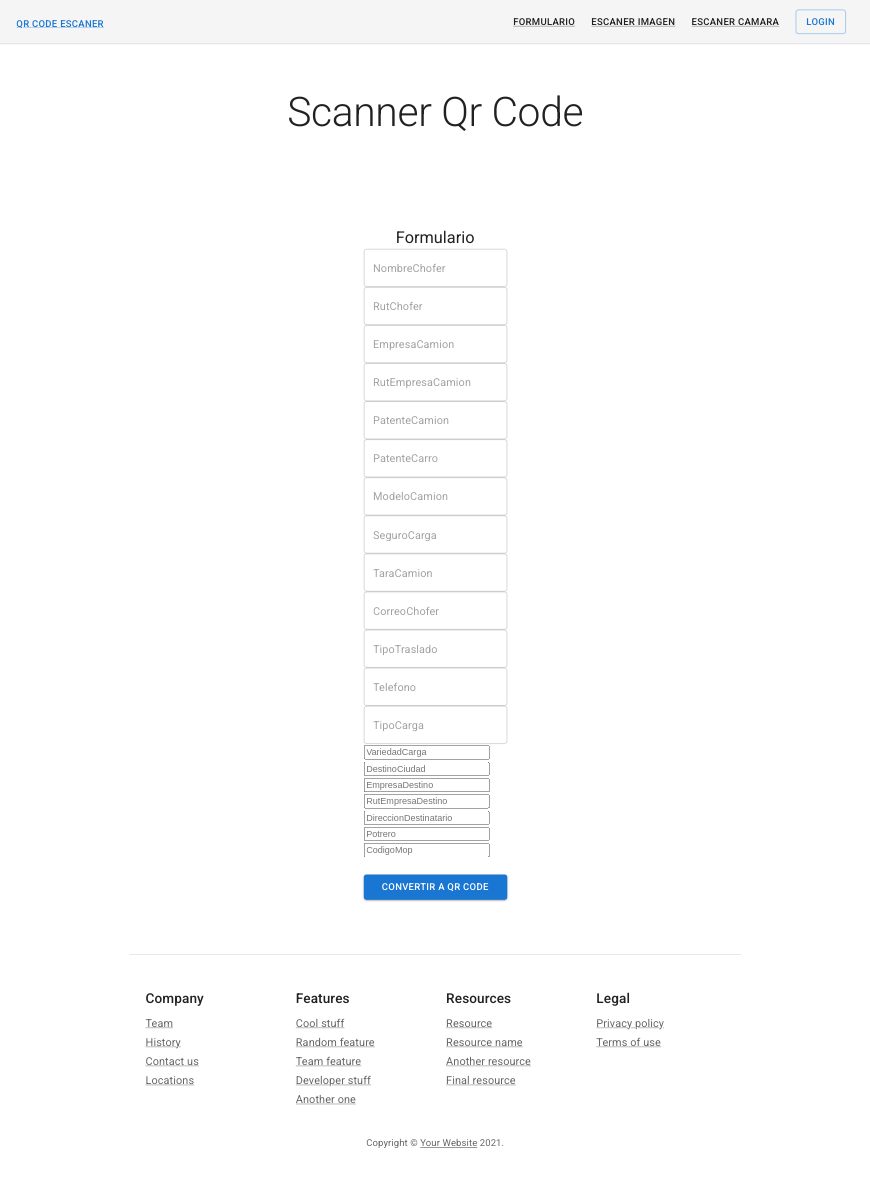
Repository: FlamesAlejandro/QrCodeForm
Page: /form
These files come from the project's save history. The page is drawn as it stood at one moment and after the next save; the edit follows.
The browser window is 1280 px wide. The pictures show the whole page, at 68% of full size.
The project was rebuilt for these pictures with package versions that can differ from the ones it lists, and the page was loaded fresh each time. Also part of the build but not shown: src/App.css, src/components/pages/ImagenEscaner.js, src/components/pages/CamaraEscaner.js, src/components/pages/Home.js.

Above is the page before, as saved 2021-10-24 08:01:30.

### src/App.js
import './App.css';
import { AppRouter } from './routers/AppRouter';

function App() {
  return (
    <>
      <AppRouter />
    </>
  );
}

export default App;

### src/routers/AppRouter.js
import React from 'react'
import { Switch, Route, Redirect, BrowserRouter as Router } from 'react-router-dom'
import CssBaseline from '@mui/material/CssBaseline';
import Typography from '@mui/material/Typography';
import GlobalStyles from '@mui/material/GlobalStyles';
import Container from '@mui/material/Container';
import { MainNavbar } from '../components/ui/MainNavbar';
import { MainFooter } from '../components/ui/MainFooter';
import { Form } from '../components/pages/Form';
import { ImagenEscaner } from '../components/pages/ImagenEscaner';
import { CamaraEscaner } from '../components/pages/CamaraEscaner';
import { Home } from '../components/pages/Home';

export const AppRouter = () => {
    return (
        <>
        <Router>
            <GlobalStyles styles={{ ul: { margin: 0, padding: 0, listStyle: 'none' } }} />
                <CssBaseline />

                <MainNavbar />

                {/* Hero unit */}
                <Container disableGutters maxWidth="sm" component="main" sx={{ pt: 8, pb: 6 }}>
                    <Typography
                    component="h1"
                    variant="h2"
                    align="center"
                    color="text.primary"
                    gutterBottom
                    >
                    Scanner Qr Code
                    </Typography>

                </Container>

                {/* Contenido */}
                <Container maxWidth="md" component="main">

                    <Switch>
                        <Route exact path="/form" component={ Form } />
                        <Route exact path="/imagen" component={ ImagenEscaner } />
                        <Route exact path="/camara" component={ CamaraEscaner } />
                        <Route exact path="/home" component={ Home } />
                        <Redirect to="/home" />
                    </Switch>

                </Container>

                {/* Footer */}
                <Container
                    maxWidth="md"
                    component="footer"
                    sx={{
                    borderTop: (theme) => `1px solid ${theme.palette.divider}`,
                    mt: 8,
                    py: [3, 6],
                    }}
                >
                    <MainFooter />

                </Container>
                {/* End footer */}
            </Router>
        </>
    )
}

### src/components/ui/MainNavbar.js
import React from 'react'
import AppBar from '@mui/material/AppBar';
import Button from '@mui/material/Button';
import Toolbar from '@mui/material/Toolbar';
import Typography from '@mui/material/Typography';
import Link from '@mui/material/Link';

export const MainNavbar = () => {
    return (
        <>
            <AppBar
                position="static"
                color="default"
                elevation={0}
                sx={{ borderBottom: (theme) => `1px solid ${theme.palette.divider}` }}
            >
                <Toolbar sx={{ flexWrap: 'wrap' }}>
                <Typography variant="h6" color="inherit" noWrap sx={{ flexGrow: 1 }}>
                    <Link
                            variant="button"
                            href="/home"
                        >QR CODE Escaner
                    </Link>
                </Typography>
                <nav>
                    <Link
                        variant="button"
                        color="text.primary"
                        href="/form"
                        sx={{ my: 1, mx: 1.5 }}
                    >
                    Formulario
                    </Link>
                    <Link
                        variant="button"
                        color="text.primary"
                        href="/imagen"
                        sx={{ my: 1, mx: 1.5 }}
                    >
                    Escaner Imagen
                    </Link>
                    <Link
                        variant="button"
                        color="text.primary"
                        href="/camara"
                        sx={{ my: 1, mx: 1.5 }}
                    >
                    Escaner Camara
                    </Link>
                </nav>
                <Button href="/home" variant="outlined" sx={{ my: 1, mx: 1.5 }}>
                    Login
                </Button>
                </Toolbar>
            </AppBar>
        </>
    )
}

### src/components/ui/MainFooter.js
import React from 'react'
import Grid from '@mui/material/Grid';
import Typography from '@mui/material/Typography';
import Link from '@mui/material/Link';

function Copyright(props) {
    return (
      <Typography variant="body2" color="text.secondary" align="center" {...props}>
        {'Copyright © '}
        <Link color="inherit" href="https://mui.com/">
          Your Website
        </Link>{' '}
        {new Date().getFullYear()}
        {'.'}
      </Typography>
    );
  }

  const footers = [
    {
      title: 'Company',
      description: ['Team', 'History', 'Contact us', 'Locations'],
    },
    {
      title: 'Features',
      description: [
        'Cool stuff',
        'Random feature',
        'Team feature',
        'Developer stuff',
        'Another one',
      ],
    },
    {
      title: 'Resources',
      description: ['Resource', 'Resource name', 'Another resource', 'Final resource'],
    },
    {
      title: 'Legal',
      description: ['Privacy policy', 'Terms of use'],
    },
  ];

export const MainFooter = () => {

    return (
        <>
            <Grid container spacing={4} justifyContent="space-evenly">
                {footers.map((footer) => (
                    <Grid item xs={6} sm={3} key={footer.title}>
                    <Typography variant="h6" color="text.primary" gutterBottom>
                        {footer.title}
                    </Typography>
                    <ul>
                        {footer.description.map((item) => (
                        <li key={item}>
                            <Link href="#" variant="subtitle1" color="text.secondary">
                            {item}
                            </Link>
                        </li>
                        ))}
                    </ul>
                    </Grid>
                ))}
            </Grid>
            <Copyright sx={{ mt: 5 }} />
        </>
    )
}

### src/components/pages/Form.js
import React, { useState } from 'react'
import Button from '@mui/material/Button';
import CssBaseline from '@mui/material/CssBaseline';
import TextField from '@mui/material/TextField';
import Grid from '@mui/material/Grid';
import Box from '@mui/material/Box';
import Typography from '@mui/material/Typography';
import Container from '@mui/material/Container';
import QRCode from 'qrcode';
import { useForm } from "react-hook-form";

export const Form = () => {

    const [imgUrl, setImgUrl] = useState('');

    const { register, handleSubmit, formState: { errors } } = useForm();
    const onSubmit = data => console.log(data);
    // console.log(errors);

    // const generarQrCode = async(event) => {
    //     try {
    //         event.preventDefault();
    //         const data = new FormData(event.currentTarget);
    //         const response = await QRCode.toDataURL(data);
    //         setImgUrl(response);

    //     } catch (error) {
    //       console.log(error);
    //     }
    // }

    return (
        <>
            <Container component="main" maxWidth="xs">
                <CssBaseline />
                <Box
                sx={{
                    marginTop: 8,
                    display: 'flex',
                    flexDirection: 'column',
                    alignItems: 'center',
                }}
                >
                <Typography component="h1" variant="h5">
                    Formulario
                </Typography>

                <form onSubmit={handleSubmit(onSubmit)}>
                <Grid item xs={12} sm={6}>
                        <TextField type="text" placeholder="NombreChofer" {...register("NombreChofer", {})} />
                    </Grid>
                    <Grid item xs={12} sm={6}>
                        <TextField type="text" placeholder="RutChofer" {...register("RutChofer", {})} />
                    </Grid>
                    <Grid item xs={12} sm={6}>
                        <TextField type="text" placeholder="EmpresaCamion" {...register("EmpresaCamion", {})} />
                    </Grid>
                    <Grid item xs={12} sm={6}>
                        <TextField type="text" placeholder="RutEmpresaCamion" {...register("RutEmpresaCamion", {})} />
                    </Grid>
                    <Grid item xs={12} sm={6}>
                        <TextField type="text" placeholder="PatenteCamion" {...register("PatenteCamion", {})} />
                    </Grid>
                    <Grid item xs={12} sm={6}>
                        <TextField type="text" placeholder="PatenteCarro" {...register("PatenteCarro", {})} />
                    </Grid>
                    <Grid item xs={12} sm={6}>
                        <TextField type="text" placeholder="ModeloCamion" {...register("ModeloCamion", {})} />
                    </Grid>
                    <Grid item xs={12} sm={6}>
                        <TextField type="text" placeholder="SeguroCarga" {...register("SeguroCarga", {})} />
                    </Grid>
                    <Grid item xs={12} sm={6}>
                        <TextField type="text" placeholder="TaraCamion" {...register("TaraCamion", {})} />
                    </Grid>
                    <Grid item xs={12} sm={6}>
                        <TextField type="text" placeholder="CorreoChofer" {...register("CorreoChofer", {})} />
                    </Grid>
                    <Grid item xs={12} sm={6}>
                        <TextField type="text" placeholder="TipoTraslado" {...register("TipoTraslado", {})} />
                    </Grid>
                    <Grid item xs={12} sm={6}>
                        <TextField type="text" placeholder="Telefono" {...register("Telefono", {})} />
                    </Grid>
                    <Grid item xs={12} sm={6}>
                        <TextField type="text" placeholder="TipoCarga" {...register("TipoCarga", {})} />
                    </Grid>
                    <Grid item xs={12} sm={6}>
                        <input type="text" placeholder="VariedadCarga" {...register("VariedadCarga", {})} />
                    </Grid>
                    <Grid item xs={12} sm={6}>
                        <input type="text" placeholder="DestinoCiudad" {...register("DestinoCiudad", {})} />
                    </Grid>
                    <Grid item xs={12} sm={6}>
                        <input type="text" placeholder="EmpresaDestino" {...register("EmpresaDestino", {})} />
                    </Grid>
                    <Grid item xs={12} sm={6}>
                        <input type="text" placeholder="RutEmpresaDestino" {...register("RutEmpresaDestino", {})} />
                    </Grid>
                    <Grid item xs={12} sm={6}>
                        <input type="text" placeholder="DireccionDestinatario" {...register("DireccionDestinatario", {})} />
                    </Grid>
                    <Grid item xs={12} sm={6}>
                        <input type="text" placeholder="Potrero" {...register("Potrero", {})} />
                    </Grid>
                    <Grid item xs={12} sm={6}>
                        <input type="text" placeholder="CodigoMop" {...register("CodigoMop", {})} />
                    </Grid>
                    <Button
                        type="submit"
                        fullWidth
                        variant="contained"
                        sx={{ mt: 3, mb: 2 }}
                    >
                    Convertir a QR CODE
                    </Button>
                </form>

                {/* <Box component="form" noValidate onSubmit={generarQrCode} sx={{ mt: 3 }}>
                    <Grid container spacing={2}>
                    <Grid item xs={12} sm={6}>
                        <TextField
                        autoComplete="NombreChofer"
                        name="NombreChofer"
                        required
                        fullWidth
                        id="NombreChofer"
                        label="NombreChofer"
                        autoFocus
                        />
                    </Grid>
                    <Grid item xs={12} sm={6}>
                        <TextField
                        required
                        fullWidth
                        id="RutChofer"
                        label="RutChofer"
                        name="RutChofer"
                        autoComplete="RutChofer"
                        />
                    </Grid>
                    <Grid item xs={12} sm={6}>
                        <TextField
                        autoComplete="EmpresaCamion"
                        name="EmpresaCamion"
                        required
                        fullWidth
                        id="EmpresaCamion"
                        label="EmpresaCamion"
                        autoFocus
                        />
                    </Grid>
                    <Grid item xs={12} sm={6}>
                        <TextField
                        required
                        fullWidth
                        id="RutEmpresaCamion"
                        label="RutEmpresaCamion"
                        name="RutEmpresaCamion"
                        autoComplete="RutEmpresaCamion"
                        />
                    </Grid>
                    <Grid item xs={12} sm={6}>
                        <TextField
                        autoComplete="PatenteCamion"
                        name="PatenteCamion"
                        required
                        fullWidth
                        id="PatenteCamion"
                        label="PatenteCamion"
                        autoFocus
                        />
                    </Grid>
                    <Grid item xs={12} sm={6}>
                        <TextField
                        required
                        fullWidth
                        id="PatenteCarro"
                        label="PatenteCarro"
                        name="PatenteCarro"
                        autoComplete="PatenteCarro"
                        />
                    </Grid>
                    <Grid item xs={12} sm={6}>
                        <TextField
                        autoComplete="ModeloCamion"
                        name="ModeloCamion"
                        required
                        fullWidth
                        id="ModeloCamion"
                        label="ModeloCamion"
                        autoFocus
                        />
                    </Grid>
                    <Grid item xs={12} sm={6}>
                        <TextField
                        required
                        fullWidth
                        id="SeguroCarga"
                        label="SeguroCarga"
                        name="SeguroCarga"
                        autoComplete="SeguroCarga"
                        />
                    </Grid>
                    <Grid item xs={12} sm={6}>
                        <TextField
                        autoComplete="TaraCamion"
                        name="TaraCamion"
                        required
                        fullWidth
                        id="TaraCamion"
                        label="TaraCamion"
                        autoFocus
                        />
                    </Grid>
                    <Grid item xs={12} sm={6}>
                        <TextField
                        required
                        fullWidth
                        id="CorreoChofer"
                        label="CorreoChofer"
                        name="CorreoChofer"
                        autoComplete="CorreoChofer"
                        />
                    </Grid>
                    <Grid item xs={12} sm={6}>
                        <TextField
                        autoComplete="TipoTraslado"
                        name="TipoTraslado"
                        required
                        fullWidth
                        id="TipoTraslado"
                        label="TipoTraslado"
                        autoFocus
                        />
                    </Grid>
                    <Grid item xs={12} sm={6}>
                        <TextField
                        required
                        fullWidth
                        id="Telefono"
                        label="Telefono"
                        name="Telefono"
                        autoComplete="Telefono"
                        />
                    </Grid>
                    <Grid item xs={12} sm={6}>
                        <TextField
                        autoComplete="TipoCarga"
                        name="TipoCarga"
                        required
                        fullWidth
                        id="TipoCarga"
                        label="TipoCarga"
                        autoFocus
                        />
                    </Grid>
                    <Grid item xs={12} sm={6}>
                        <TextField
                        required
                        fullWidth
                        id="VariedadCarga"
                        label="VariedadCarga"
                        name="VariedadCarga"
                        autoComplete="VariedadCarga"
                        />
                    </Grid>
                    <Grid item xs={12} sm={6}>
                        <TextField
                        autoComplete="DestinoCiudad"
                        name="DestinoCiudad"
                        required
                        fullWidth
                        id="DestinoCiudad"
                        label="DestinoCiudad"
                        autoFocus
                        />
                    </Grid>
                    <Grid item xs={12} sm={6}>
                        <TextField
                        required
                        fullWidth
                        id="EmpresaDestino"
                        label="EmpresaDestino"
                        name="EmpresaDestino"
                        autoComplete="EmpresaDestino"
                        />
                    </Grid>
                    <Grid item xs={12} sm={6}>
                        <TextField
                        autoComplete="RutEmpresaDestino"
                        name="RutEmpresaDestino"
                        required
                        fullWidth
                        id="RutEmpresaDestino"
                        label="RutEmpresaDestino"
                        autoFocus
                        />
                    </Grid>
                    <Grid item xs={12} sm={6}>
                        <TextField
                        required
                        fullWidth
                        id="DireccionDestinatario"
                        label="DireccionDestinatario"
                        name="DireccionDestinatario"
                        autoComplete="DireccionDestinatario"
                        />
                    </Grid>
                    <Grid item xs={12} sm={6}>
                        <TextField
                        autoComplete="Potrero"
                        name="Potrero"
                        required
                        fullWidth
                        id="Potrero"
                        label="Potrero"
                        autoFocus
                        />
                    </Grid>
                    <Grid item xs={12} sm={6}>
                        <TextField
                        required
                        fullWidth
                        id="CodigoMop"
                        label="CodigoMop"
                        name="CodigoMop"
                        autoComplete="CodigoMop"
                        />
                    </Grid>
                    </Grid>
                    <Button
                        type="submit"
                        fullWidth
                        variant="contained"
                        sx={{ mt: 3, mb: 2 }}
                    >
                    Convertir a QR CODE
                    </Button> */}
                {/* </Box> */}
                </Box>
                {imgUrl ? (
                    <a href={imgUrl} download>
                        <img src={imgUrl} alt="img" />
                    </a>)
                : null}
            </Container>
        </>
    )
}

Loaded but not shown: public/index.html (common file); src/index.js (common file); src/index.css (common file); src/reportWebVitals.js (common file)

After the next save:
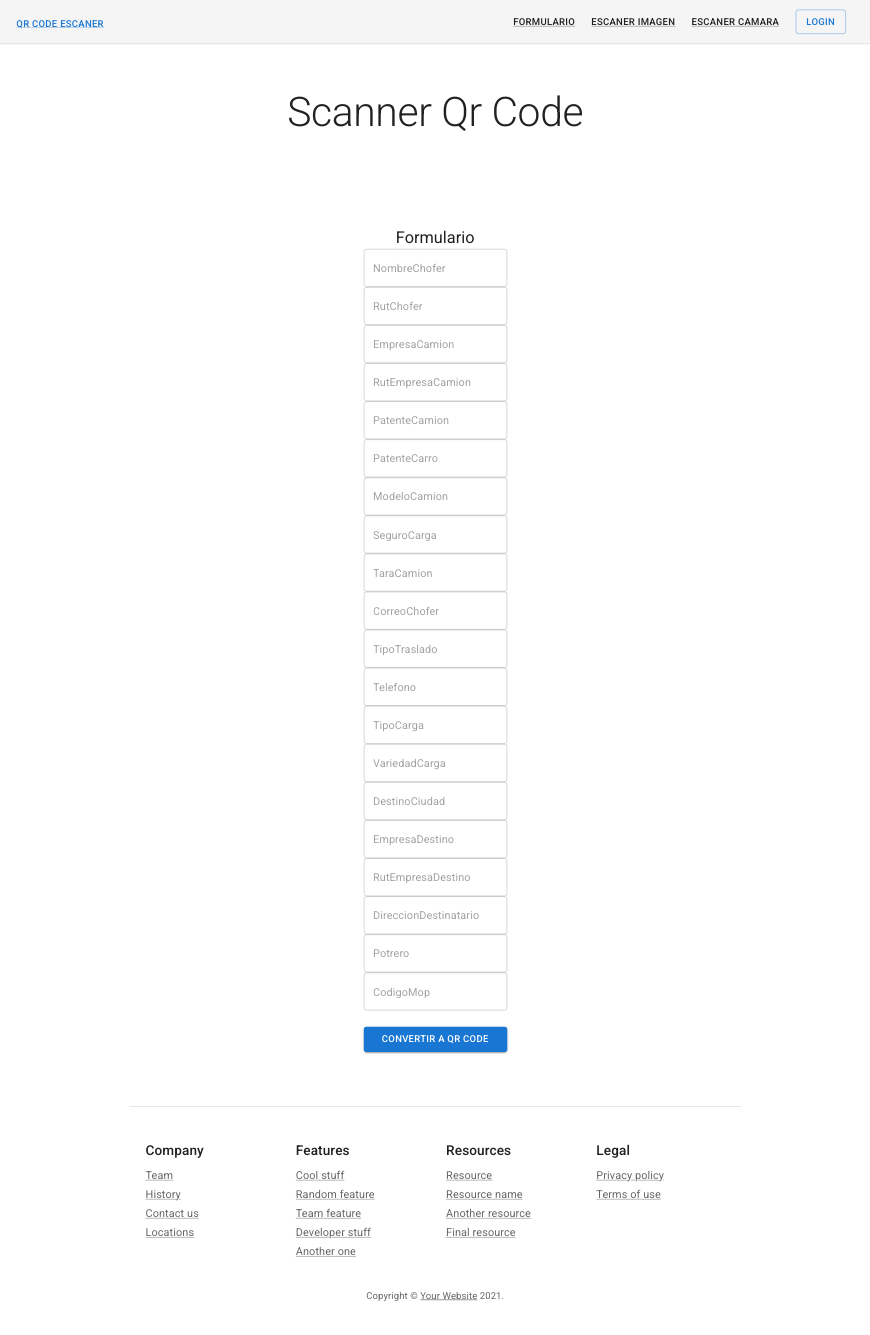
Saved 8 s later.
--- a/src/components/pages/Form.js
+++ b/src/components/pages/Form.js
@@ -86,25 +86,25 @@ export const Form = () => {
                         <TextField type="text" placeholder="TipoCarga" {...register("TipoCarga", {})} />
                     </Grid>
                     <Grid item xs={12} sm={6}>
-                        <input type="text" placeholder="VariedadCarga" {...register("VariedadCarga", {})} />
-                    </Grid>
-                    <Grid item xs={12} sm={6}>
-                        <input type="text" placeholder="DestinoCiudad" {...register("DestinoCiudad", {})} />
-                    </Grid>
-                    <Grid item xs={12} sm={6}>
-                        <input type="text" placeholder="EmpresaDestino" {...register("EmpresaDestino", {})} />
-                    </Grid>
-                    <Grid item xs={12} sm={6}>
-                        <input type="text" placeholder="RutEmpresaDestino" {...register("RutEmpresaDestino", {})} />
-                    </Grid>
-                    <Grid item xs={12} sm={6}>
-                        <input type="text" placeholder="DireccionDestinatario" {...register("DireccionDestinatario", {})} />
-                    </Grid>
-                    <Grid item xs={12} sm={6}>
-                        <input type="text" placeholder="Potrero" {...register("Potrero", {})} />
-                    </Grid>
-                    <Grid item xs={12} sm={6}>
-                        <input type="text" placeholder="CodigoMop" {...register("CodigoMop", {})} />
+                        <TextField type="text" placeholder="VariedadCarga" {...register("VariedadCarga", {})} />
+                    </Grid>
+                    <Grid item xs={12} sm={6}>
+                        <TextField type="text" placeholder="DestinoCiudad" {...register("DestinoCiudad", {})} />
+                    </Grid>
+                    <Grid item xs={12} sm={6}>
+                        <TextField type="text" placeholder="EmpresaDestino" {...register("EmpresaDestino", {})} />
+                    </Grid>
+                    <Grid item xs={12} sm={6}>
+                        <TextField type="text" placeholder="RutEmpresaDestino" {...register("RutEmpresaDestino", {})} />
+                    </Grid>
+                    <Grid item xs={12} sm={6}>
+                        <TextField type="text" placeholder="DireccionDestinatario" {...register("DireccionDestinatario", {})} />
+                    </Grid>
+                    <Grid item xs={12} sm={6}>
+                        <TextField type="text" placeholder="Potrero" {...register("Potrero", {})} />
+                    </Grid>
+                    <Grid item xs={12} sm={6}>
+                        <TextField type="text" placeholder="CodigoMop" {...register("CodigoMop", {})} />
                     </Grid>
                     <Button
                         type="submit"
